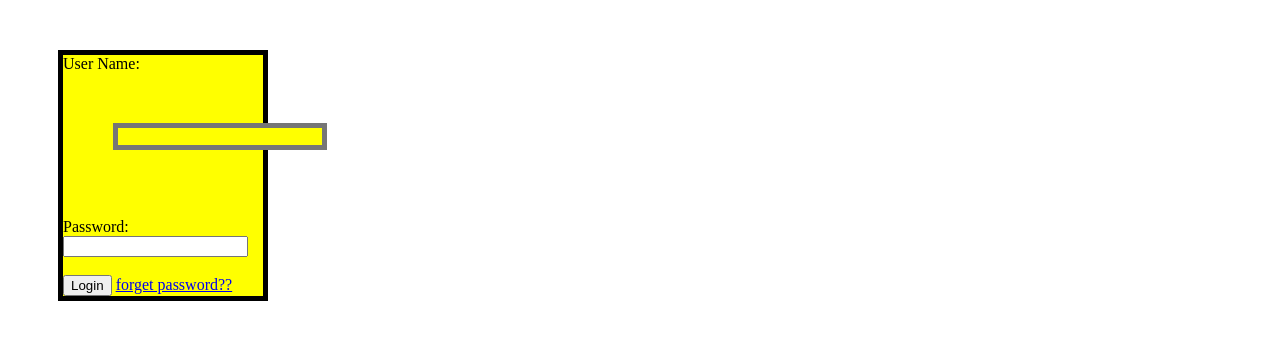
Repository: AmritOjha01/sms
Page: http://localhost/StudentManagementSystem/UserController?action=listUser
The author's editor kept a copy of each file at every save. The page is drawn from the files as they stood at one save, then again after the next save.
The browser window is 1280 px wide. The pictures show the whole page.
The page is served by Tomcat 9.

Above is the page before, as saved 2017-03-27 11:15:39.

After the next save:
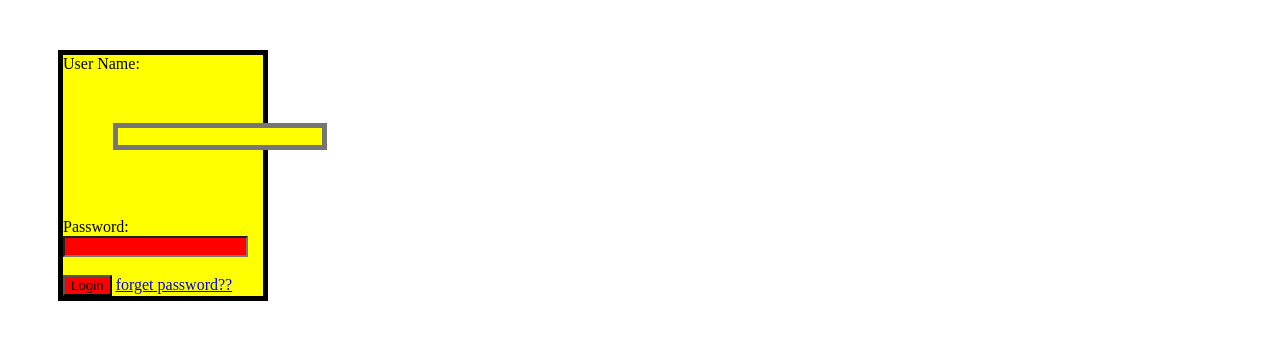
Saved 57 s later.
--- a/StudentManagementSystem/WebContent/login.jsp
+++ b/StudentManagementSystem/WebContent/login.jsp
@@ -13,6 +13,10 @@
 	border-style: solid;
 	margin: 50px
 }
+
+input {
+	background-color: red;
+}
 </style>
 </head>
 <body>
